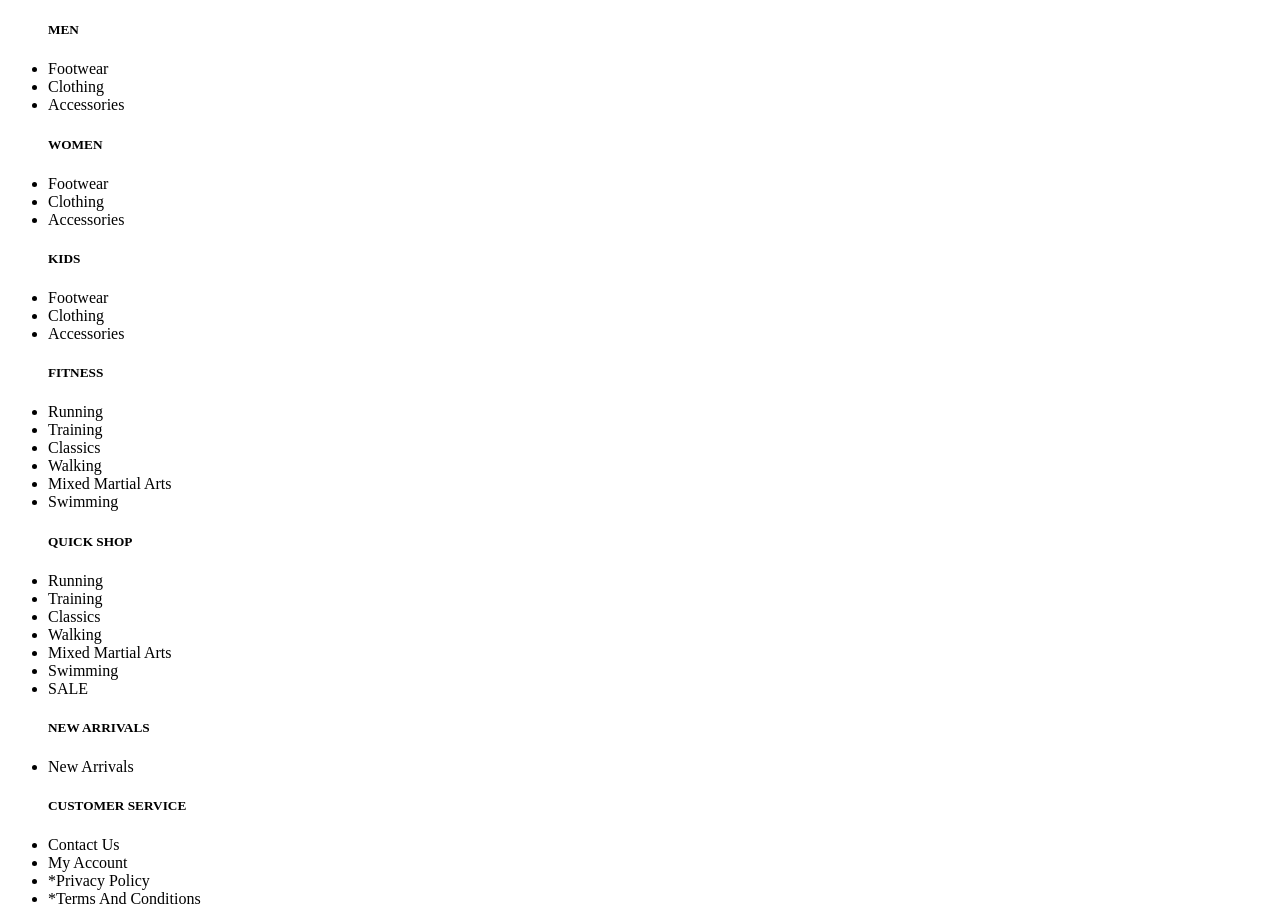
Repository: kailashtechouts/hibernate-spring
Page: http://localhost/SpringEcommerce/WEB-INF/views/footer.jsp
These files come from the project's save history. The page is drawn as it stood at one moment and after the next save; the edit follows.
The browser window is 1280 px wide. The pictures show the whole page.
The page is served by Tomcat 9. Nobody is signed in. Other server files are loaded and not shown. The template is opened directly, without the code that normally fills it, so the values that code supplies are empty.

Above is the page before, as saved 2022-05-27 11:45:22.

### SpringEcommerce/src/main/webapp/WEB-INF/views/footer.jsp
<%@ page language="java" contentType="text/html; charset=ISO-8859-1"
	pageEncoding="ISO-8859-1"%>
<!DOCTYPE html>
<html>
<head>
<meta charset="ISO-8859-1">
<title>Insert title here</title>
</head>
<body>

		<footer>
			<div class="footer-div">
				<div>
					<ul>
						<h5>MEN</h5>
						<li>Footwear</li>
						<li>Clothing</li>
						<li>Accessories</li>
						<h5>WOMEN</h5>
						<li>Footwear</li>
						<li>Clothing</li>
						<li>Accessories</li>
						<h5>KIDS</h5>
						<li>Footwear</li>
						<li>Clothing</li>
						<li>Accessories</li>
					</ul>
				</div>
				<div>
					<ul>
						<h5>FITNESS</h5>
						<li>Running</li>
						<li>Training</li>
						<li>Classics</li>
						<li>Walking</li>
						<li>Mixed Martial Arts</li>
						<li>Swimming</li>
					</ul>
				</div>
				<div>
					<ul>
						<h5>QUICK SHOP</h5>
						<li>Running</li>
						<li>Training</li>
						<li>Classics</li>
						<li>Walking</li>
						<li>Mixed Martial Arts</li>
						<li>Swimming</li>
						<li>SALE</li>
						<h5>NEW ARRIVALS</h5>
						<li>New Arrivals</li>

					</ul>
				</div>
				<div>
					<ul>
						<h5>CUSTOMER SERVICE</h5>
						<li>Contact Us</li>
						<li>My Account</li>
						<li>*Privacy Policy</li>
						<li>*Terms And Conditions</li>
					</ul>
				</div>
			</div>
		</footer>
</body>
</html>

After the next save:
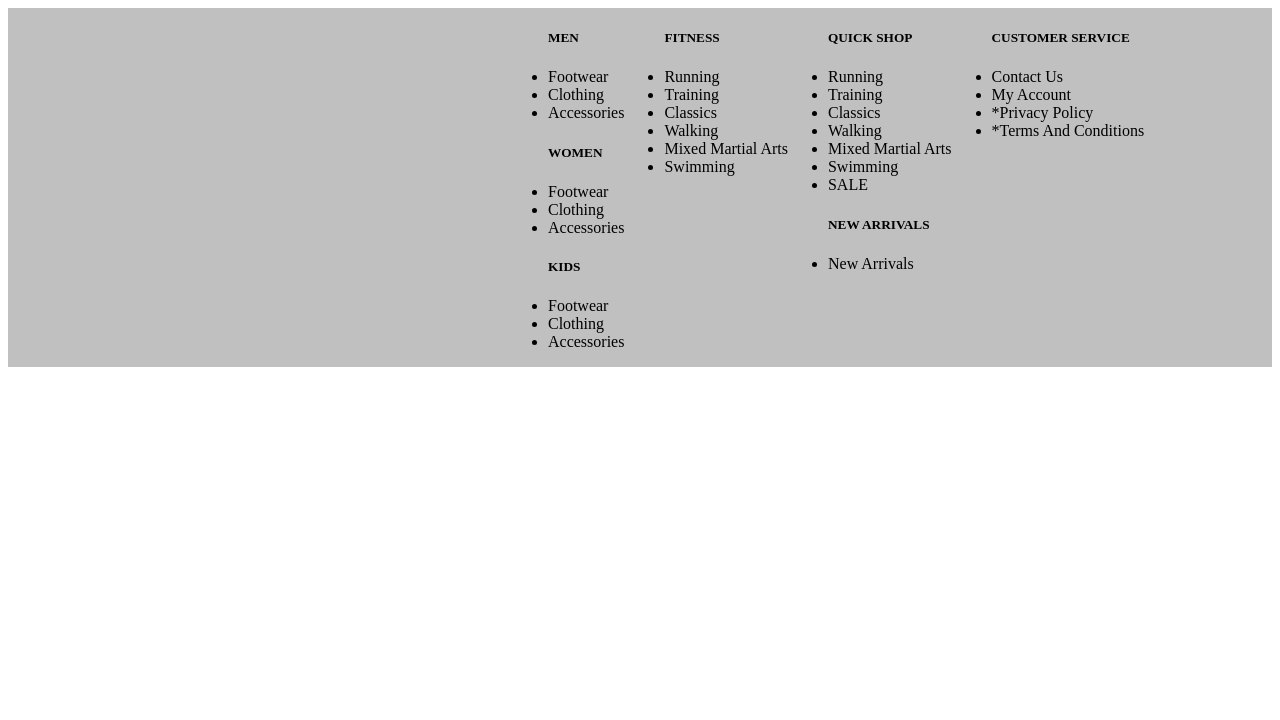
Saved 36 s later.
--- a/SpringEcommerce/src/main/webapp/WEB-INF/views/footer.jsp
+++ b/SpringEcommerce/src/main/webapp/WEB-INF/views/footer.jsp
@@ -5,6 +5,14 @@
 <head>
 <meta charset="ISO-8859-1">
 <title>Insert title here</title>
+<style type="text/css">
+.footer-div {
+	background-color: silver;
+	display: inline;
+	display: flex;
+	padding-left: 500px;
+}
+</style>
 </head>
 <body>
 
